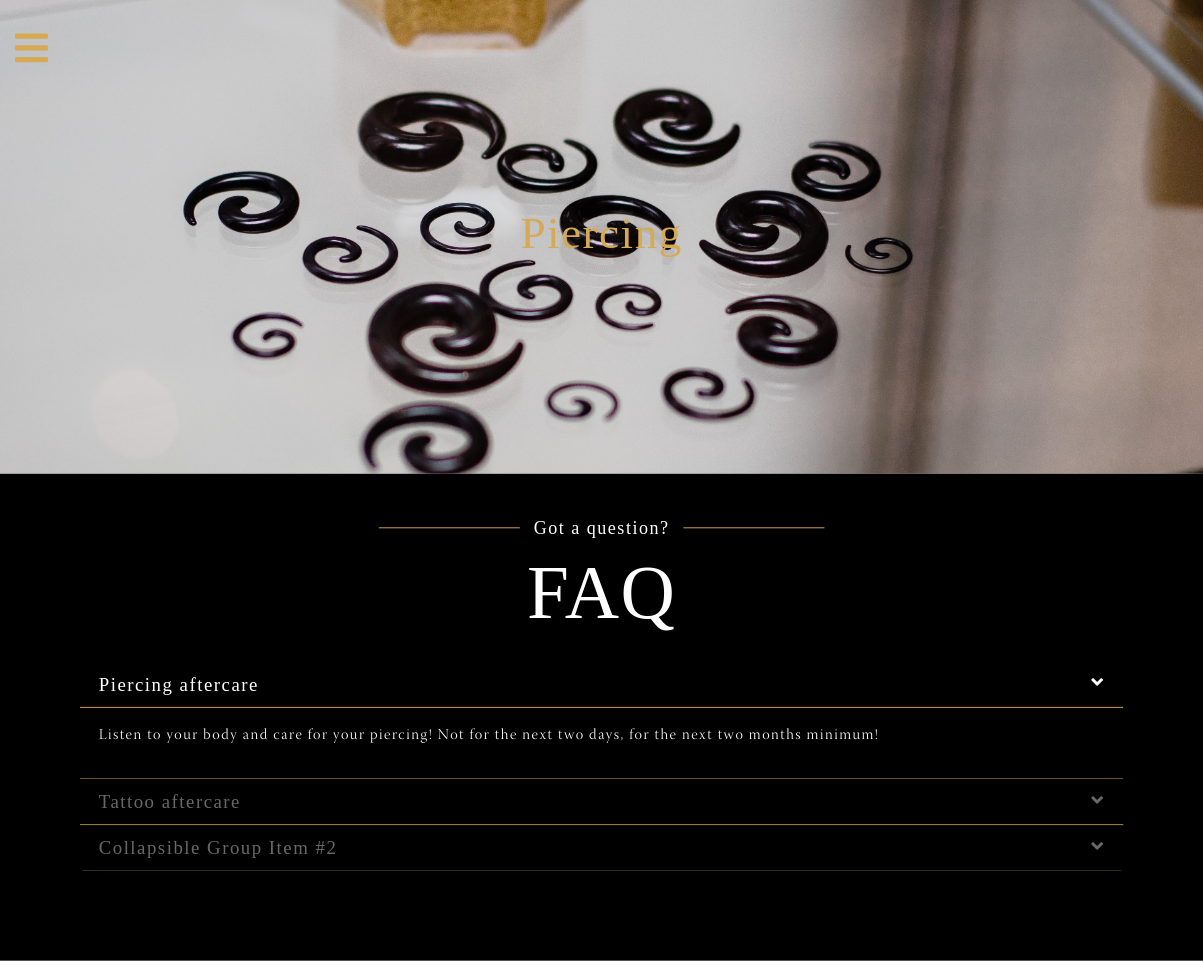
Repository: Spreceriany/TattooWeb
Page: piercing-en.html
An editor plug-in stored every save of this project. The page is shown before and after the next save, followed by the edit.
The browser window is 1280 px wide. The pictures show the part of the page from y = 0 to 1034 px (the page is 2880 px tall before and 3196 px after), at 94% of full size.
A picture or video elsewhere on the page could not be fetched, so the positions and the page height are approximate. Some web fonts or font styles are not loaded; a fallback is used. Some web libraries are served in a nearby version.

Above is the page before, as saved 2020-04-27 18:03:13.
Console error: TypeError: e.indexOf is not a function

### piercing-en.html
<!DOCTYPE html>
<html>

<head>
  <meta charset='utf-8'>
  <meta http-equiv='X-UA-Compatible' content='IE=edge'>
  <title>Piercing - Manovistudio</title>
  <meta name='viewport' content='width=device-width, initial-scale=1'>
  <link rel='stylesheet' type='text/css' media='screen' href='css/main.css'>

  <link rel="stylesheet" href="https://stackpath.bootstrapcdn.com/bootstrap/4.4.1/css/bootstrap.min.css"
    integrity="sha384-Vkoo8x4CGsO3+Hhxv8T/Q5PaXtkKtu6ug5TOeNV6gBiFeWPGFN9MuhOf23Q9Ifjh" crossorigin="anonymous">

  <link rel="stylesheet" href="https://use.fontawesome.com/releases/v5.11.2/css/all.css">

  <link rel="stylesheet" href="css/mdb.min.css">

  <link rel="stylesheet" href="css/lightgallery.min.css">

  <link rel="stylesheet" href="css/swiper.css">

  <link rel="stylesheet" href="css/aos.css">

  <link rel="stylesheet" href="css/style.css">

  <link rel="icon" type="image/png" href="/images/favicon-32x32.png" sizes="32x32" />
  <link rel="icon" type="image/png" href="/images/favicon-16x16.png" sizes="16x16" />


</head>

<body>
  <div style="overflow-x:hidden; position:relative">

    <div class="wrapper-piercing">
      <button class="netflix-nav-btn netflix-open-btn">
        <i class="fas fa-bars fa-2x"></i>
      </button>

      <h1 class="gold site-section-heading2" data-aos="fade" data-aos-duration="2000">Piercing</h1>


      <div class="netflix-nav netflix-nav-black">
        <div class="netflix-nav netflix-nav-red">
          <div class="netflix-nav netflix-nav-white">

            <button class="netflix-nav-btn netflix-close-btn"><i class="fas fa-times"></i></button>

            <img class="netflix-logo" src="images/GOLD.png" alt="ManoviStudio Logo" />

            <ul class="netflix-list">
              <li><a href="index-en.php">Home</a></li>
              <li><a href="index-en.php#about">About</a></li>
              <li><a href="index-en.php#services">Services</a></li>
              <li>
                <ul>
                  <li><a href="tattoo-en.html">Tattoo</a></li>
                  <li><a href="beauty-en.html">Beauty</a></li>
                  <li><a href="piercing-en.html" class="gold">Piercing</a></li>

                </ul>
              </li>
              <li><a href="index-en.php#contact">Contact Us</a></li>
              <li>
                <a href="piercing.html">Danish</a><img src="/images//denmark.svg" alt="danish-flag" class="flag" />
              </li>

            </ul>
          </div>
        </div>
      </div>
    </div>


    <div class="container-fluid black-bg py-5" style="height: auto;"  data-aos="fade" data-aos-duration="2000">
      <div class="container align-items-center flex-column ">
        <div class="text-center" data-aos="zoom-in">
             <h2 class="subtitle fancy text-white" style="font-size: 1.2em;"><span>Got a question?</span></h2>
         <p style="font-size: 5em;" class="mt-5 text-white">FAQ</p>
        </div>


        <div class="accordion md-accordion py-5 " id="accordionEx" role="tablist" aria-multiselectable="true" data-aos="fade" data-aos-duration="2000">

          <!-- Accordion card -->
          <div class="card black-bg">

            <!-- Card header -->
            <div class="card-header panel-heading-active " role="tab" id="headingOne1">
              <a data-toggle="collapse" data-parent="#accordionEx" href="#collapseOne1" aria-expanded="true"
                aria-controls="collapseOne1">
                <h5 class="mb-0 ">
                 Piercing aftercare<i class="fas fa-angle-down rotate-icon float-right"></i>
                </h5>
              </a>
            </div>

            <!-- Card body -->
            <div id="collapseOne1" class="collapse show" role="tabpanel" aria-labelledby="headingOne1"
              data-parent="#accordionEx">
              <div class="card-body">
                <p> Listen to your body and care for your piercing! Not for the next two days, for the next two months minimum!</p>
              </div>
            </div>

          </div>
          <!-- Accordion card -->

          <!-- Accordion card -->
          <div class="card  black-bg">

            <!-- Card header -->
            <div class="card-header panel-heading-active" role="tab" id="headingTwo2">
              <a class="collapsed" data-toggle="collapse" data-parent="#accordionEx" href="#collapseTwo2"
                aria-expanded="false" aria-controls="collapseTwo2">
                <h5 class="mb-0 ">
                  Tattoo aftercare <i class="fas fa-angle-down rotate-icon float-right"></i>
                </h5>
              </a>
            </div>

            <!-- Card body -->
            <div id="collapseTwo2" class="collapse" role="tabpanel" aria-labelledby="headingTwo2"
              data-parent="#accordionEx">
              <div class="card-body">


               <ol>
                 <li>
                   <h6>With protection film</h6>
                   <p class="second-font">Leave Protective Film  3 days on tattoo. Could be hard to pull off the skin, simply let some warm water run under the tattoo film, so that the glue becomes tender and removal of the film is easier. You may also use tattoo cream to rub under the film with clean fingers to in order to remove the glue.
                  </p>
                 </li>
                 <li>
                   <h6>APPLY A THIN LAYER OF UNSCENTED MOISTURISING CREAM</h6>
                   <p class="second-font">You should then apply a thin layer of an unscented moisturising cream like PHANTHENOL – we will tell you which we recommend. 3-5 times a day</p>
                 </li>

     <li>
                   <h6>KEEP THE TATTOO CLEAN AND DRY</h6>
                   <p class="second-font">Keep the tattoo clean and dry, and avoid soaking it in water for at least a month (showers are ok, baths are not). If your clothes are likely to rub on it, keep it covered with gauze/clingfilm and medical tape.</p>
                 </li>
                 <li>
                  <h6>AVOID DIRECT SUNLIGHT</h6>
                  <p class="second-font">Avoid exposing it to direct sunlight unless necessary. Healed tattoos, especially coloured ones, can fade in the sun – so when it's completely healed, make sure it's covered in a high SPF if you're going to be catching some rays.</p>
                </li>
                <li>
                  <h6> BE PATIENT WITH HEALING TIMES</h6>
                  <p class="second-font">Healing times depend on how well you heal and the size of the design. This can range anywhere from around a week for simple, small line designs, to several months for complex, larger designs. Keep following your aftercare instructions for as long as the artist told you to, and make sure the tattoo is kept well-moisturised and clean for a good few months after that, avoiding abrasive skin products.</p>
                </li>
                <li>
                  <h6>DO. NOT. ITCH.</h6>
                  <p class="second-font">As the tattoo heals, it may scab or flake slightly. Avoid picking at it, as this may remove the ink in that area and lead to patches fading or being removed altogether. If it itches, don't scratch – slap it lightly instead. This should only last for the first few weeks or so – if it stays raised, itches uncontrollably, is red around the design, keeps bleeding for more than a day or so after having it done, or is continuously hot to the touch, go back to your artist or seek medical advice. Infected tattoos are very rare but can happen, and it's always worth getting it checked out if you're worried about it.</p>
                </li>
                <li>
                  <h6>COME  BACK TO THE STUDIO FOR TOUCH UPS, IF NEEDED</h6>
                  <p class="second-font">If you do lose ink, our studio will retouch it for free – bad tattoos and service lead to bad reputations, so it's in their interests to make sure you're happy with the final product. After about 5 weeks, come back if you need touch-ups on any area of the tattoo. WE WANT YOU TO BE HAPPY .
                    ! Cover Max 6 months from date of treatment 😉 !</p>
                </li>
               </ol>
               <h6>If you got more questions about getting and treating tattoos, download <a href="images/tattoo/stps_informationsmateriale_om_tatovering_uk.pdf" download>this PDF file</a> for more information</h6>
              </div>
            </div>

          </div>
          <!-- Accordion card -->

          <!-- Accordion card -->


          <div class="card  black-bg">

            <!-- Card header -->
            <div class="card-header panel-heading-active" role="tab" id="headingThree3">
              <a class="collapsed" data-toggle="collapse" data-parent="#accordionEx" href="#collapseThree3"
                aria-expanded="false" aria-controls="collapseThree3">
                <h5 class="mb-0 ">
                  Collapsible Group Item #2 <i class="fas fa-angle-down rotate-icon float-right"></i>
                </h5>
              </a>
            </div>

            <!-- Card body -->
            <div id="collapseThree3" class="collapse" role="tabpanel" aria-labelledby="headingThree3"
              data-parent="#accordionEx">
              <div class="card-body">
                Anim pariatur cliche reprehenderit, enim eiusmod high life accusamus terry richardson ad squid. 3
                wolf moon officia aute, non cupidatat skateboard dolor brunch. Food truck quinoa nesciunt laborum
                eiusmod. Brunch 3 wolf moon tempor, sunt aliqua put a bird on it squid single-origin coffee nulla
                assumenda shoreditch et. Nihil anim keffiyeh helvetica, craft beer labore wes anderson cred
                nesciunt sapiente ea proident. Ad vegan excepteur butcher vice lomo. Leggings occaecat craft beer
                farm-to-table, raw denim aesthetic synth nesciunt you probably haven't heard of them accusamus
                labore sustainable VHS.
              </div>
            </div>

          </div>

            <!-- Accordion card -->

          </div>
    <!-- Accordion wrapper -->

      </div>
    </div>

    <div class="container pt-4 mt-2" data-aos="fade">
      <div class="row text-center">
        <div class="col-12">
          <h2 class="text-dark site-section-heading text-center">Prices</h2>

        </div>
        <div class="col-12">
          <img src="images/price-piercing.jpg" alt="price-list" class="pricing-picture">
        </div>
      </div>
    </div>
    <div class="site-wrap" data-aos="fade" style="background-color: #efefef;">





      <div class="site-section" data-aos="fade">
        <div class="container-fluid">

          <div class="row justify-content-center">

            <div class="col-md-7">
              <div class="row mb-5">
                <div class="col-12 ">
                  <h2 class="site-section-heading text-center">Gallery</h2>
                </div>
              </div>
            </div>

          </div>
          <div class="row gallery-container" id="lightgallery">
            <div class="col-sm-6 col-md-4 col-lg-4 col-xl-3 item img-gallery center-images-tattoo image-box"
              data-aos="fade" data-src="images/Piercing/Untitled-Artwork(1).jpg"
              data-sub-html="<h4>Fading Light</h4><p>Lorem ipsum dolor sit amet, consectetur adipisicing elit. Dolor doloremque hic excepturi fugit, sunt impedit fuga tempora, ad amet aliquid?</p>">
              <a href="#"><img src="images/Piercing/Untitled-Artwork(1).jpg" alt="IMage"
                  class="img-fluid img-resize2"></a>
            </div>
            <div class="col-sm-6 col-md-4 col-lg-4 col-xl-3 item img-gallery center-images-tattoo image-box"
              data-aos="fade" data-src="images/Piercing/Untitled-Artwork(2).jpg"
              data-sub-html="<h4>Fading Light</h4><p>Lorem ipsum dolor sit amet, consectetur adipisicing elit. Laboriosam omnis quaerat molestiae, praesentium. Ipsam, reiciendis. Aut molestiae animi earum laudantium.</p>">
              <a href="#"><img src="images/Piercing/Untitled-Artwork(2).jpg" alt="IMage"
                  class="img-fluid img-resize2"></a>
            </div>
            <div class="col-sm-6 col-md-4 col-lg-4 col-xl-3 item img-gallery  center-images-tattoo image-box"
              data-aos="fade" data-src="images/Piercing/Untitled-Artwork(3).jpg"
              data-sub-html="<h4>Fading Light</h4><p>Lorem ipsum dolor sit amet, consectetur adipisicing elit. Quidem reiciendis, dolorum illo temporibus culpa eaque dolore rerum quod voluptate doloribus.</p>">
              <a href="#"><img src="images/Piercing/Untitled-Artwork(3).jpg" alt="IMage"
                  class="img-fluid img-resize2"></a>
            </div>
            <div class="col-sm-6 col-md-4 col-lg-4 col-xl-3 item img-gallery  center-images-tattoo image-box"
              data-aos="fade" data-src="images//Piercing/Untitled-Artwork(4).jpg"
              data-sub-html="<h4>Fading Light</h4><p>Lorem ipsum dolor sit amet, consectetur adipisicing elit. Enim perferendis quae iusto omnis praesentium labore tempore eligendi quo corporis sapiente.</p>">
              <a href="#"><img src="images/Piercing/Untitled-Artwork(4).jpg" alt="IMage"
                  class="img-fluid img-resize2"></a>
            </div>
            <div class="col-sm-6 col-md-4 col-lg-4 col-xl-3 item img-gallery  center-images-tattoo image-box"
              data-aos="fade" data-src="images/Piercing/Untitled-Artwork(5).jpg"
              data-sub-html="<h4>Fading Light</h4><p>Lorem ipsum dolor sit amet, consectetur adipisicing elit. Saepe, voluptatum voluptate tempore aliquam, dolorem distinctio. In quas maiores tenetur sequi.</p>">
              <a href="#"><img src="images/Piercing/Untitled-Artwork(5).jpg" alt="IMage"
                  class="img-fluid img-resize2"></a>
            </div>
            <div class="col-sm-6 col-md-4 col-lg-4 col-xl-3 item img-gallery  center-images-tattoo image-box"
              data-aos="fade" data-src="images/Piercing/Untitled-Artwork(6).jpg"
              data-sub-html="<h4>Fading Light</h4><p>Lorem ipsum dolor sit amet, consectetur adipisicing elit. Saepe, voluptatum voluptate tempore aliquam, dolorem distinctio. In quas maiores tenetur sequi.</p>">
              <a href="#"><img src="images/Piercing/Untitled-Artwork(6).jpg" alt="IMage"
                  class="img-fluid img-resize2"></a>
            </div>






          </div>
        </div>
      </div>






    </div>


    <div class="container-fluid px-0">
      <!--- Footer -->
      <footer class="footer-bs">
        <div class="row">
          <div class="col-md-4 footer-brand animated fadeInLeft d-flex col-12">
            <img src="images/GOLD.png" alt="logo"
              class=" d-flex justify-content-center align-self-center logo-footer mx-auto" />
          </div>
          <div class="col-12 col-md-4 text-center justify-content-center align-content-center d-flex   ">
            <p class="align-self-center mb-sm-4 gray">All right reserved &copy;</p>
          </div>

          <div
            class="col-md-4 col-12 footer-social animated fadeInDown d-flex flex-column mx-auto text-center justify-content-center align-items-center  ">
            <h4 class="gray">Follow Us</h4>
            <ul class="text-center flex-row d-flex mx-1">
              <li>
                <a href="https://www.instagram.com/alex_manovi_tattoo/">
                  <i class="fab fa-instagram fa-2x mb-1 ikonka hvr-bob" aria-hidden="true"></i>
                </a>
              </li>
              <li>
                <a href="https://www.facebook.com/manovistudio/">
                  <i class="fab fa-facebook fa-2x ikonka hvr-bob" aria-hidden="true"></i>
                </a>
              </li>
            </ul>
          </div>

        </div>
      </footer>
    </div>
  </div>











  <!-- Optional JavaScript -->
  <!-- jQuery first, then Popper.js, then Bootstrap JS -->
  <script src="js/jquery-3.3.1.min.js"></script>
  <script src="js/swiper.min.js"></script>
  <script src="js/aos.js"></script>
  <script defer src="js/lightgallery-all.min.js"></script>
  <script src="js/main.js"></script>
  <script defer type="text/javascript" src="js/bootstrap.min.js"></script>
  <script src="js/js.js"></script>
  <script>
    $(document).ready(function () {
      $('#lightgallery').lightGallery();
    });
  </script>

</body>

</html>

Loaded but not shown: css/mdb.min.css (library); css/lightgallery.min.css (library); css/swiper.css (library); css/aos.css (library); js/jquery-3.3.1.min.js (library); js/swiper.min.js (library); js/aos.js (library); js/lightgallery-all.min.js (library); js/bootstrap.min.js (library); js/main.js (294 lines, source omitted); js/js.js (112 lines, source omitted); css/main.css (2247 lines, source omitted); css/style.css (1190 lines, source omitted)

After the next save:
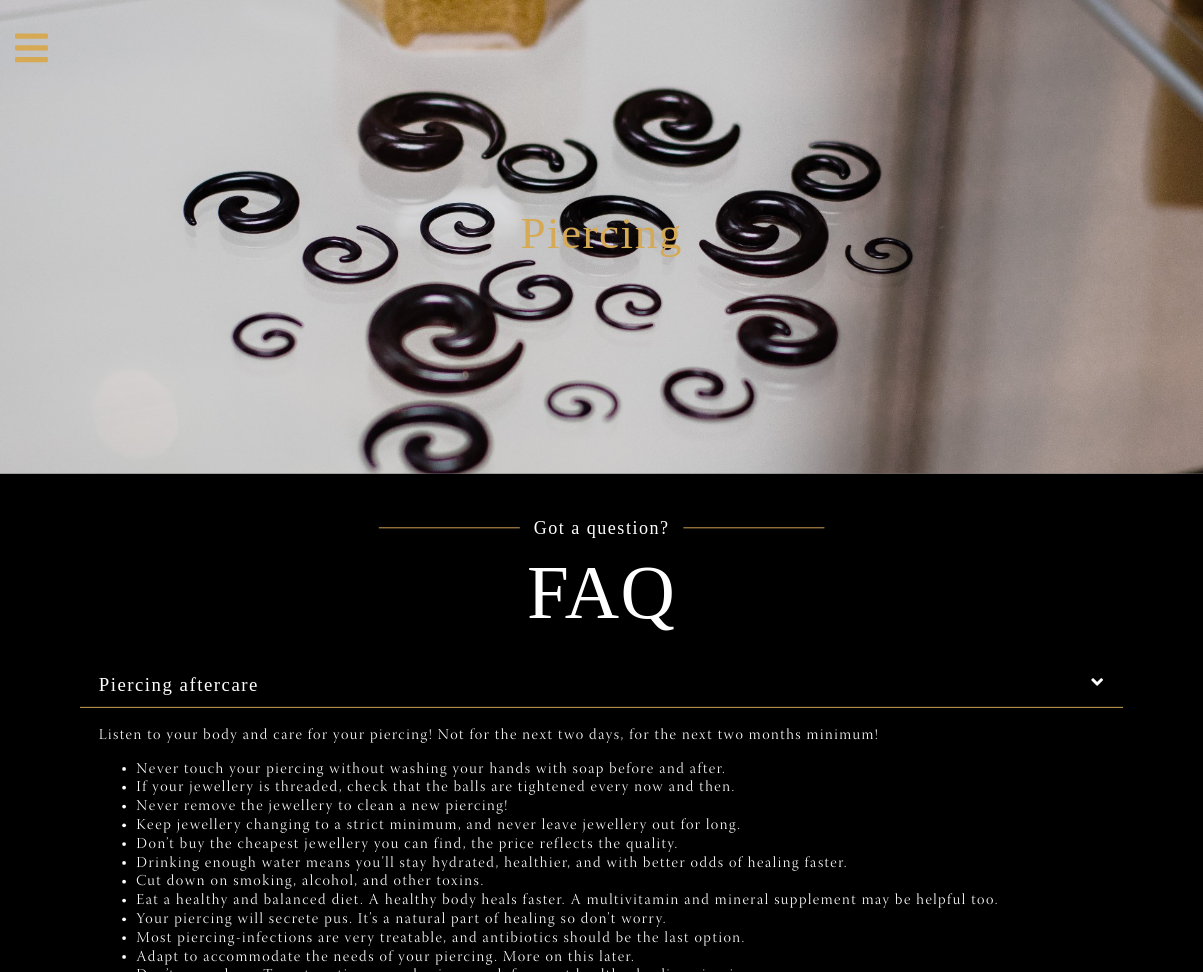
Saved 2 min 21 s later.
--- a/piercing-en.html
+++ b/piercing-en.html
@@ -100,6 +100,23 @@
               data-parent="#accordionEx">
               <div class="card-body">
                 <p> Listen to your body and care for your piercing! Not for the next two days, for the next two months minimum!</p>
+                <ul>
+                  <li>Never touch your piercing without washing your hands with soap before and after.</li>
+                  <li>If your jewellery is threaded, check that the balls are tightened every now and then.</li>
+                  <li>Never remove the jewellery to clean a new piercing!</li>
+                  <li>Keep jewellery changing to a strict minimum, and never leave jewellery out for long.</li>
+                  <li>Don’t buy the cheapest jewellery you can find, the price reflects the quality.</li>
+                  <li>Drinking enough water means you’ll stay hydrated, healthier, and with better odds of healing faster.</li>
+                  <li>Cut down on smoking, alcohol, and other toxins.</li>
+                  <li>Eat a healthy and balanced diet. A healthy body heals faster. A multivitamin and mineral supplement may be helpful too.</li>
+                  <li> Your piercing will secrete pus. It’s a natural part of healing so don’t worry.</li>
+                  <li>Most piercing-infections are very treatable, and antibiotics should be the last option.</li>
+                  <li>Adapt to accommodate the needs of your piercing. More on this later.</li>
+                  <li>Don’t over-clean. Two -tree times per day is enough for most healthy, healing piercings.</li>
+                  <li> Live in a clean environment (i.e. clean bed-sheets, duvets, clothes, etc.).</li>
+                  <li>Avoid sleeping on, and putting pressure on a healing piercing.</li>
+                  <li>Stick to one aftercare solution. If this doesn’t work it’s best that you consult your piercer.</li>
+                </ul>
               </div>
             </div>
 
